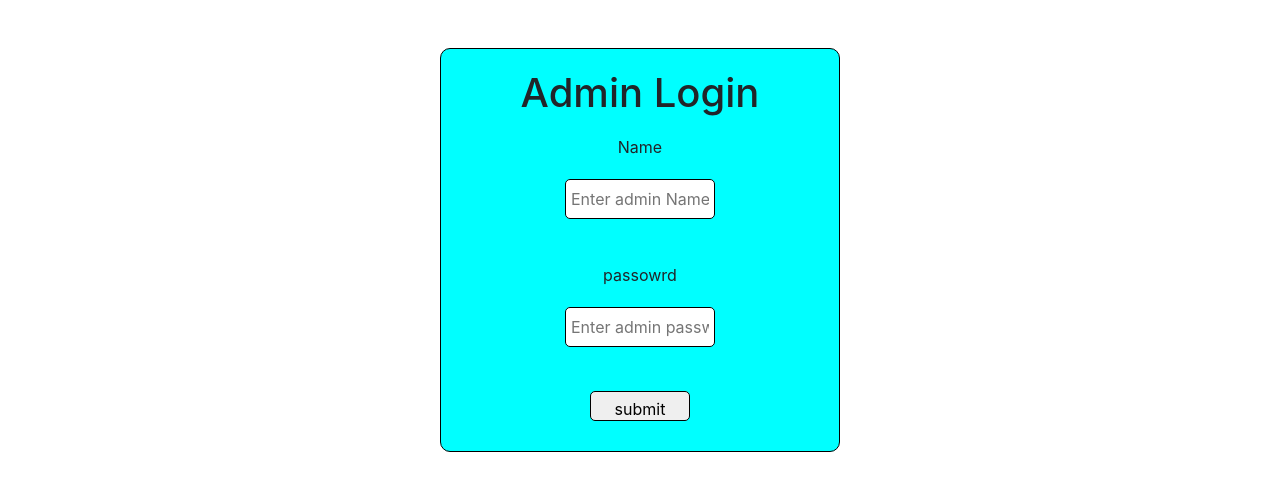
Repository: parthikjadav/parthik-react-practicle-exam
Page: /
The author's editor kept a copy of each file at every save. The page is drawn from the files as they stood at one save, then again after a run of saves.
The browser window is 1280 px wide. The pictures show the whole page.
The project was rebuilt for these pictures with package versions that can differ from the ones it lists, and the page was loaded fresh each time. Requests to the local data server were answered from the project's data file. Also part of the build but not shown: src/App.css, src/componet/page/Reservationform.jsx, src/componet/page/Reservationlist.jsx, src/componet/header/navdata.js, src/componet/header/Navbar.jsx.

Above is the page before, as saved 2024-05-16 10:41:16.

After the next 2 saves:
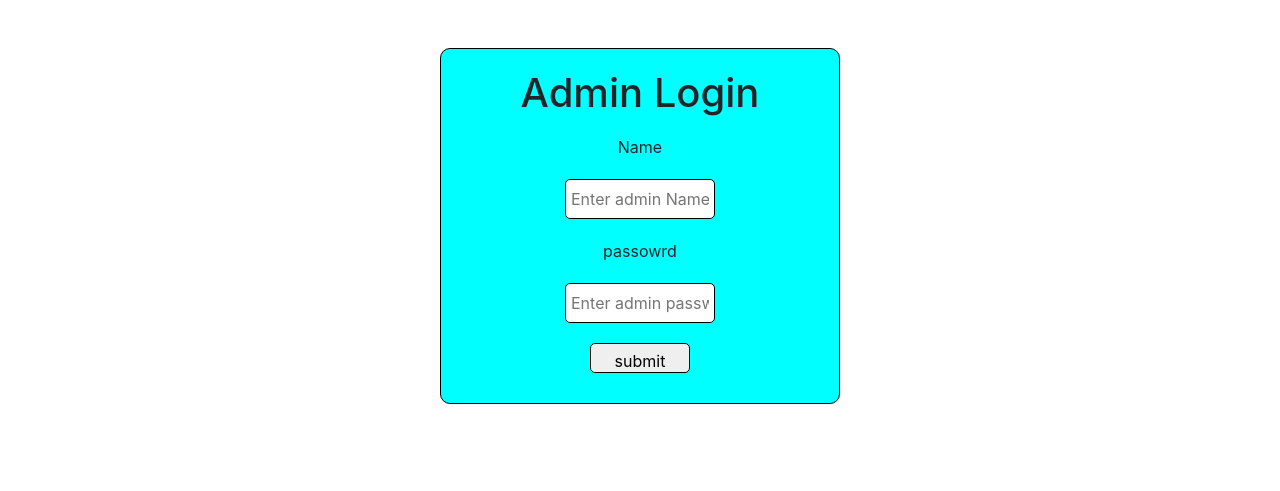
The 2 saves are shown as one change because they came seconds apart.
The last was saved 15 s later.
--- a/src/componet/page/Adminlogin.jsx
+++ b/src/componet/page/Adminlogin.jsx
@@ -25,9 +25,9 @@ const Adminlogin = () => {
             <div class="mx-auto m-5 form" style={{ width: "400px" }}>
                 <h1>Admin Login </h1>
                 <label>Name  </label>
-                <input type="text" placeholder='Enter admin Name' ref={name} /><br />
+                <input type="text" placeholder='Enter admin Name' ref={name} />
                 <label>passowrd </label>
-                <input type="password" placeholder='Enter admin password' ref={passowrd} /><br />
+                <input type="password" placeholder='Enter admin password' ref={passowrd} />
                 <button onClick={logindata}>submit</button>
             </div>
         </>
